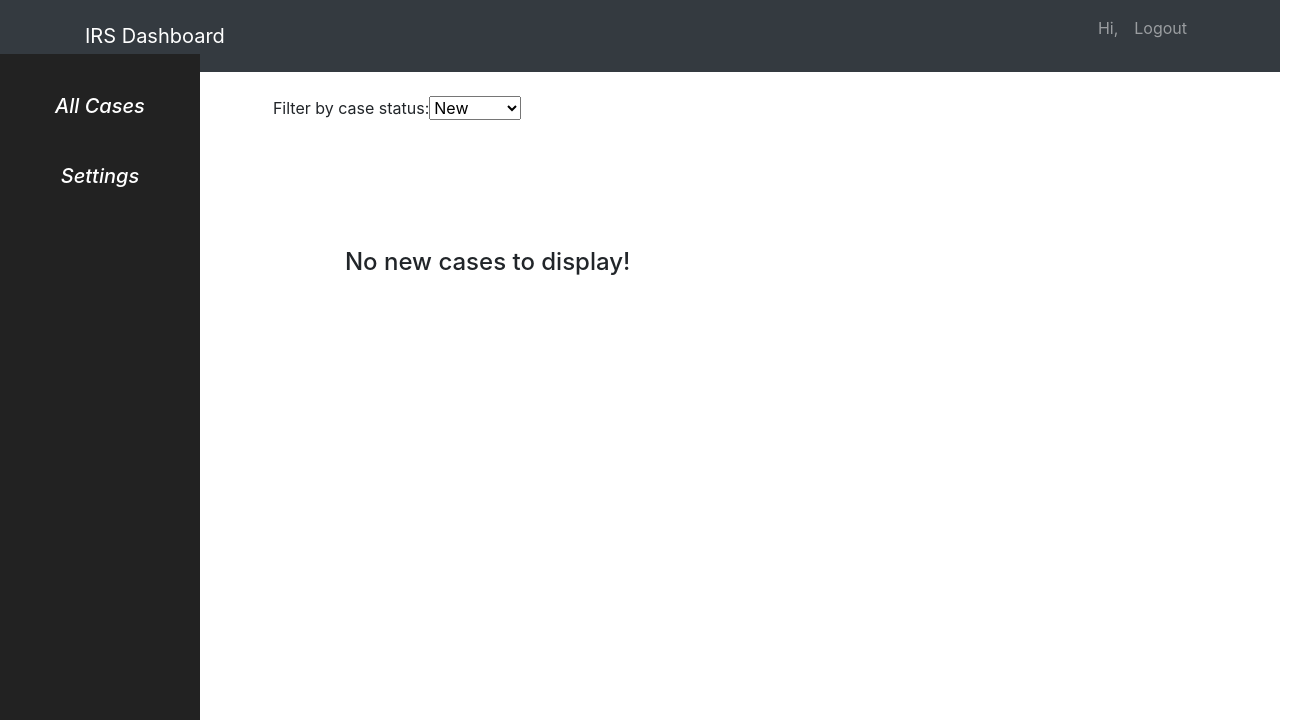
Repository: greeshmavyas/IRS_CS
Page: /AgentDashboard (app in AgentManagement/Frontend/)
The author's editor kept a copy of each file at every save. The page is drawn from the files as they stood at one save, then again after the next save.
The browser window is 1280 px wide. The page is 1295 px wide, so the pictures cover 1295 px, including what lies to the right of the window. The pictures show the whole page.
Some web libraries are served in a nearby version. The project was rebuilt for these pictures with package versions that can differ from the ones it lists, and the page was loaded fresh each time. Also part of the build but not shown: AgentManagement/Frontend/src/components/NavbarLogin.js, AgentManagement/Frontend/src/components/login.js, AgentManagement/Frontend/src/components/updateProfile.js, AgentManagement/frontend/src/App.css.

Above is the page before, as saved 2020-10-27 11:17:13.

After the next save:
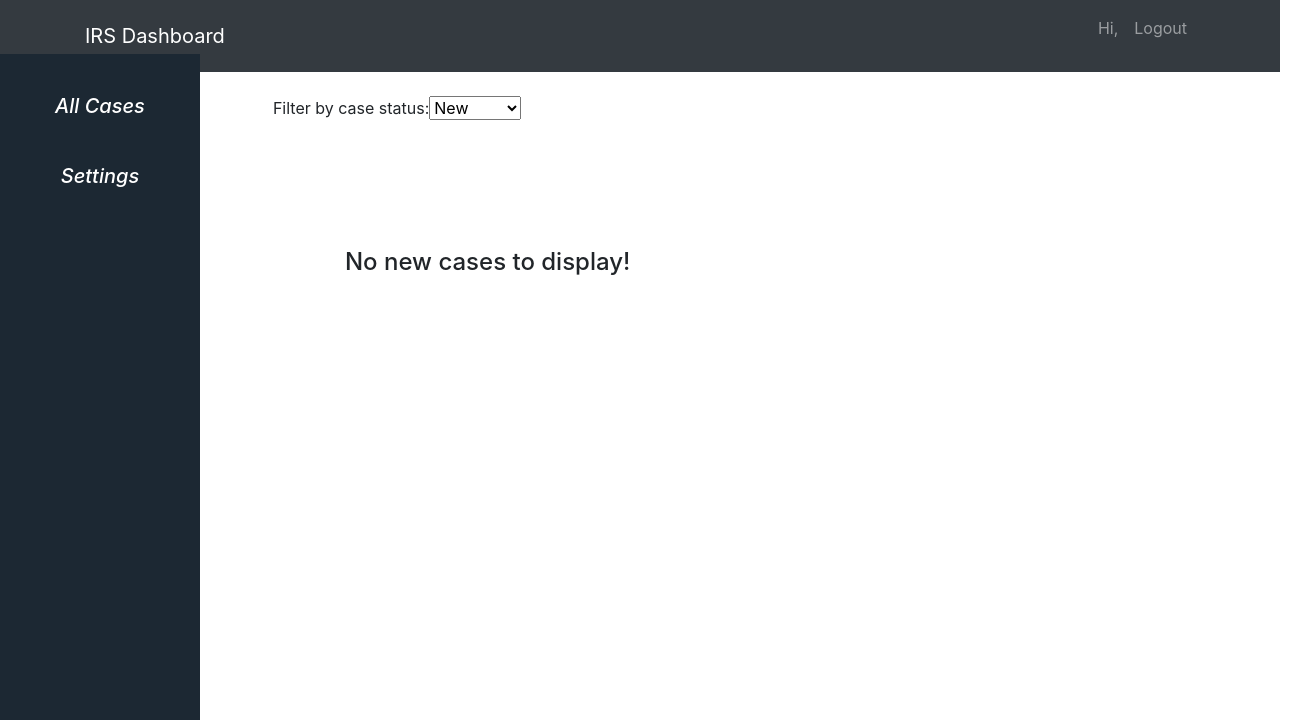
Saved 3 min 22 s later.
--- a/AgentManagement/Frontend/src/components/Sidebar.js
+++ b/AgentManagement/Frontend/src/components/Sidebar.js
@@ -8,7 +8,7 @@ const StyledSideNav = styled.div`
     width: 200px;     /* Set the width of the sidebar */
     z-index: 1;      /* Stay on top of everything */
     top: 3.4em;      /* Stay at the top */
-    background-color: #222; /* Black */
+    background-color: #1C2833; /* Black */
     overflow-x: hidden;     /* Disable horizontal scroll */
     padding-top: 40px;
     font-style: oblique;
